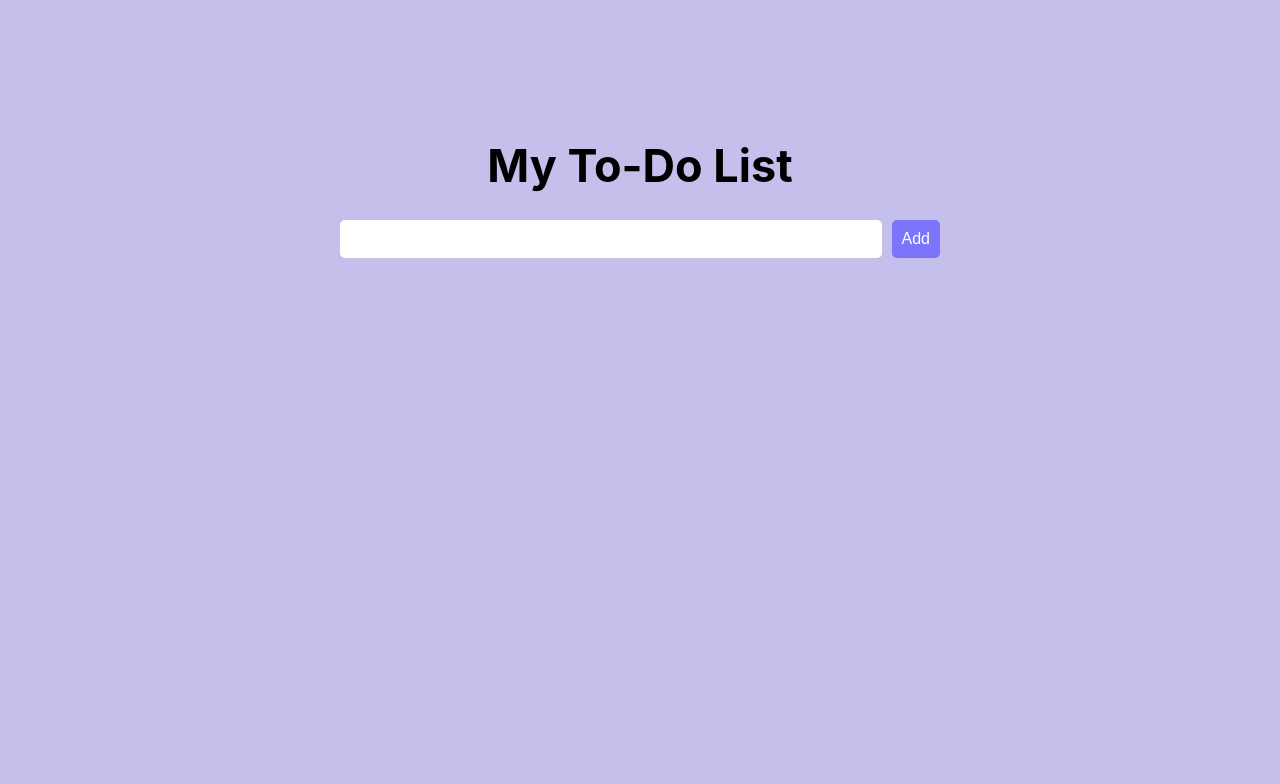
Repository: bianphang/todo-list_vanilla-js
Page: index.html
The author's editor kept a copy of each file at every save. The page is drawn from the files as they stood at one save, then again after the next save.
The browser window is 1280 px wide. The pictures show the whole page.

Above is the page before, as saved 2024-06-10 15:06:08.

### index.html
<!DOCTYPE html>
<html lang="en">
  <head>
    <meta charset="UTF-8" />
    <meta name="viewport" content="width=device-width, initial-scale=1.0" />
    <title>Todo List</title>
    <link rel="stylesheet" href="styles.css" />
  </head>
  <body>
    <div class="container">
      <h1 class="title">My To-Do List</h1>
      <form class="form" id="addForm">
        <input class="input" id="addInput" type="text" />
        <button class="btn">Add</button>
      </form>
      <ul class="todo-list" id="todoList"></ul>
    </div>
    <script src="script.js"></script>
  </body>
</html>

### styles.css
body {
  font-family: Inter, system-ui, Avenir, Helvetica, Arial, sans-serif;
  line-height: 1.5;
  font-weight: 400;

  color-scheme: light dark;
  color: #000;
  background-color: rgba(108, 99, 205, 0.4);
  max-width: 1280px;
  min-height: 100vh;
  margin: 0 auto;
  padding: 2rem;
  text-align: center;
}

.container {
  max-width: 600px;
  padding: 20px;
  position: relative;
  top: 50px;
  left: 50%;
  transform: translate(-50%, 0);
}

.title {
  font-size: 45px;
  text-align: center;
  margin-bottom: 20px;
}

.todo-list {
  min-height: 200px;
  list-style: none;
  padding: 0;
  margin-top: 50px;
}

.todo-item {
  display: flex;
  justify-content: space-between;
  align-items: center;

  max-width: 100%;
  padding: 10px;
  margin-bottom: 10px;
  font-size: 16px;
  border-radius: 10px;
  border: 2px solid gray;
  background-color: #f5f5f5;
}

.todo-item .todo-label {
  flex: 1;
  font-size: 20px;
  text-align: left;
  color: black;
}

.todo-item .todo-action {
  display: flex;
  gap: 10px;
}

.form {
  width: 100%;
  display: flex;
  align-items: center;
  gap: 10px;
}

.input {
  flex: 1;
  padding: 10px;
  font-size: 16px;
  border-radius: 5px;
  border: none;
}

.btn {
  padding: 10px;
  font-size: 16px;
  color: #fff;
  background-color: #7c74fd;
  border-radius: 5px;
  border: none;
  cursor: pointer;
}

.btn:hover {
  opacity: 0.7;
}

.btn.btn-edit {
  background-color: #d3c11f;
}

.btn.btn-delete {
  background-color: #bf1627;
}

.btn.btn-done {
  background-color: #09a72e;
}

.todo-item.done {
  background-color: #585858;
}

.todo-item.done .todo-label {
  text-decoration: line-through;
  color: #fff;
}

.todo-item.done .btn-done {
  background-color: #d3c11f;
}

### script.js
let todos = [];

/*--- HANDLE ADD FORM ---*/
const addInputNode = document.getElementById('addInput');
const addFormNode = document.getElementById('addForm');
addFormNode.addEventListener('submit', (event) => {
  event.preventDefault();
  if (addInputNode.value) {
    addTodo(addInputNode.value);
    addInputNode.value = '';
  }
});

function addTodo(addedValue) {
  const newTodo = {
    id: Date.now(),
    label: addedValue,
    isDone: false,
  };
  todos.unshift(newTodo);
  renderTodos();
}
/*-----------------------*/

/*--- HANDLE RENDER TODO-ITEMS ---*/
function renderTodos() {
  // create todo list node
  const todoListNode = document.getElementById('todoList');
  todoListNode.innerHTML = '';

  // loop through "todos" array to handle render todo-items
  todos.forEach((todo) => {
    // this is todo-item's keys
    const { id, label, isDone, isEditting } = todo || {};

    // todoItemNode: wrap toto-item content
    const todoItemNode = document.createElement('li');
    todoItemNode.className = `todo-item ${isDone ? 'done' : ''}`;
    todoItemNode.id = id;

    // labelNode: render todo-item label
    const labelNode = document.createElement('span');
    labelNode.className = 'todo-label';
    labelNode.innerText = label;

    // actionNode: wrap todo-item actions
    const actionNode = document.createElement('div');
    actionNode.className = 'todo-action';

    // deleteBtnNode: button handle delete action
    const deleteBtnNode = document.createElement('button');
    deleteBtnNode.className = 'btn btn-delete';
    deleteBtnNode.innerText = 'Delete';
    deleteBtnNode.addEventListener('click', (event) => {
      event.preventDefault();
      deleteTodo(id);
    });

    // editBtnNode: button handle edit action
    const editBtnNode = document.createElement('button');
    editBtnNode.className = 'btn btn-edit';
    editBtnNode.innerText = 'Edit';
    editBtnNode.addEventListener('click', (event) => {
      event.preventDefault();
      toggleEditView(id);
    });

    // doneBtnNode: button handle done action
    const doneBtnNode = document.createElement('button');
    doneBtnNode.className = 'btn btn-done';
    doneBtnNode.innerText = isDone ? 'Undone' : 'Done';
    doneBtnNode.addEventListener('click', (event) => {
      event.preventDefault();
      updateTodoStatus(id);
    });

    // editInputNode: input handle get user edited-label
    const editInputNode = document.createElement('input');
    editInputNode.className = 'input editInput';
    editInputNode.value = label;

    // saveBtnNode: button handle save user edited-label
    const saveBtnNode = document.createElement('button');
    saveBtnNode.className = 'btn';
    saveBtnNode.innerText = 'Save';

    // editFormNode: form cover & handle submit edited-label
    const editFormNode = document.createElement('form');
    editFormNode.className = 'form editForm';
    editFormNode.addEventListener('submit', (event) => {
      event.preventDefault();
      if (editInputNode.value) {
        updateTodoLabel(id, editInputNode.value);
        toggleEditView(id);
        editInputNode.value = '';
      }
    });

    // if "isEditting" true, render edit view with editFormNode
    if (isEditting) {
      editFormNode.appendChild(editInputNode);
      editFormNode.appendChild(saveBtnNode);

      todoItemNode.appendChild(editFormNode);
    }
    // if "isEditting" false, render info view with labelNode & actionNode
    else {
      actionNode.appendChild(deleteBtnNode);
      !isDone && actionNode.appendChild(editBtnNode);
      actionNode.appendChild(doneBtnNode);

      todoItemNode.appendChild(labelNode);
      todoItemNode.appendChild(actionNode);
    }

    // add this todoItemNode into todoListNode
    todoListNode.appendChild(todoItemNode);
  });
}
/*-----------------------*/

/*--- FUNCTIONS ---*/
/**
 * handle delete todo item by id
 * @param {*} id
 */
function deleteTodo(id) {
  todos = todos.filter((todo) => todo.id !== id);
  renderTodos();
}

/**
 * handle update todo item's status
 * @param {*} id
 */
function updateTodoStatus(id) {
  todos = todos.map((todo) =>
    todo.id === id ? { ...todo, isDone: !todo.isDone } : todo
  );
  renderTodos();
}

/**
 * handle toggle todo item's edit view
 * @param {*} id
 */
function toggleEditView(id) {
  todos = todos.map((todo) =>
    todo.id === id ? { ...todo, isEditting: !todo.isEditting } : todo
  );
  renderTodos();
}

/**
 * handle update todo item's label
 * @param {*} id
 * @param {*} editedLabel
 */
function updateTodoLabel(id, editedLabel) {
  todos = todos.map((todo) =>
    todo.id === id ? { ...todo, label: editedLabel } : todo
  );
  renderTodos();
}

After the next save:
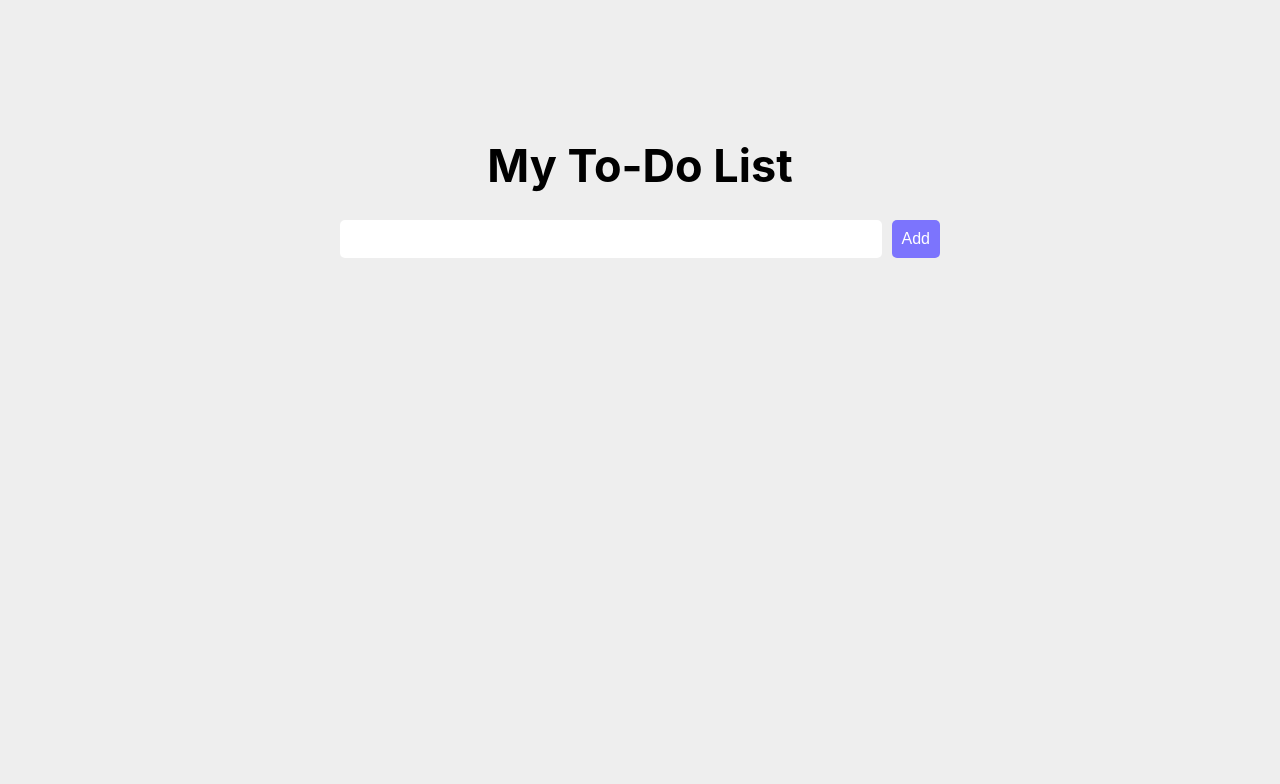
Saved 67 s later.
--- a/styles.css
+++ b/styles.css
@@ -5,7 +5,7 @@ body {
 
   color-scheme: light dark;
   color: #000;
-  background-color: rgba(108, 99, 205, 0.4);
+  background-color: #eeeeee;
   max-width: 1280px;
   min-height: 100vh;
   margin: 0 auto;
